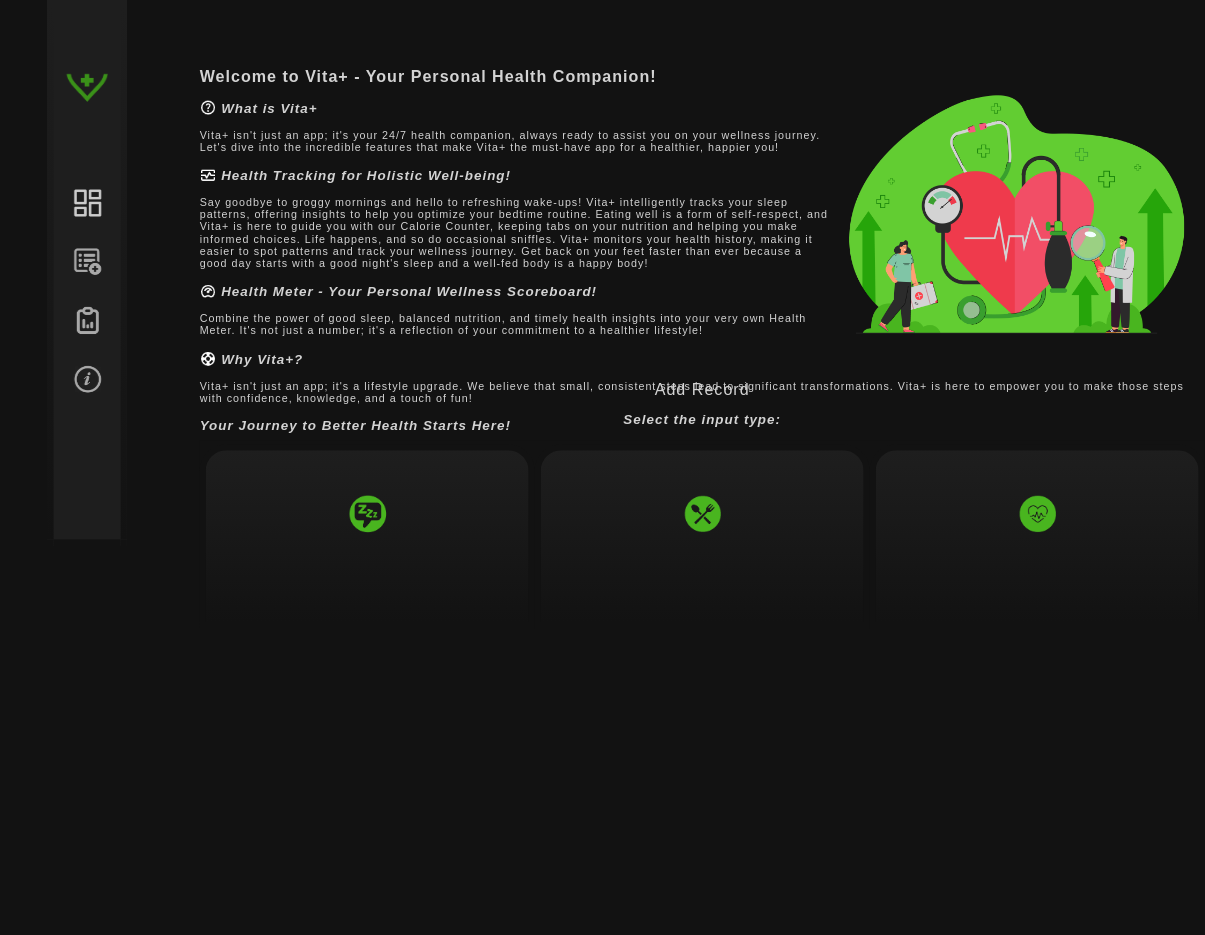
Repository: mhmd-bilal/health-analytics-dashboard
Page: http://localhost/project/info.jsp
The author's editor kept a copy of each file at every save. The page is drawn from the files as they stood at one save, then again after the next save.
The browser window is 1280 px wide. The page is 1798 px wide, so the pictures cover 1798 px, including what lies to the right of the window. The pictures show the whole page, at 67% of full size.
Some web fonts or font styles are not loaded; a fallback is used. Some web libraries are served in a nearby version. The page is served by Tomcat 10. Other server files are loaded and not shown.

Above is the page before, as saved 2023-12-06 15:44:45.

### project/src/main/webapp/info.jsp
<%@ page import="project.SleepCalculator" %>
  <%@ page import="project.CaloriesCalculator" %>
    <%@ page import="project.IllnessCalculator " %>

      <html>

      <head>
        <meta charset="UTF-8">
        <meta name="viewport" content="width=device-width, initial-scale=1.0">
        <title>Your Health Dashboard</title>
        <link rel="stylesheet" href="https://fonts.googleapis.com/css?family=Kanit">
        <link rel="stylesheet" type="text/css" href="styles2.css">
        <meta name="viewport" content="width=device-width, initial-scale=1">
        <script src='https://cdnjs.cloudflare.com/ajax/libs/jquery/3.2.1/jquery.min.js'></script>
<link rel="stylesheet" href="https://fonts.googleapis.com/icon?family=Material+Icons">
        <script>
          // Use fetch to trigger the SleepAnalyticsServlet on page load
          function fetchSleepAnalytics() {
            fetch('SleepAnalyticsServlet')
              .then(response => response.text())
              .then(data => {
                // Optional: You can add logic to update the UI based on the response from the servlet
                console.log(data);
              })
              .catch(error => {
                console.error('Error:', error);
              });
          }
          function submitForm() {
            var inputValue = document.getElementById("inputValue").value;

            fetch('SaveToDatabaseServlet', {
              method: 'POST',
              headers: {
                'Content-Type': 'application/x-www-form-urlencoded',
              },
              body: 'inputValue=' + encodeURIComponent(inputValue),
            })
              .then(response => response.json())
              .then(data => {
                alert(data.message);
                if (data.recordAdded) {
                  alert('Record added successfully!');
                }
              })
              .catch(error => {
                console.error('Error:', error);
              });
          }

          function redirectToAddRecordPage() {
            window.location.href = 'addrecord.jsp';
          }



        </script>

      </head>
      <body style="overflow:hidden">
      <div class="sidenav">
    <a href="#" style="padding-bottom: 100px;padding-left: 10px;"><img style="width: 95%;filter: brightness(1);" src="logo.png"></a>
    <a class="active" href="index2.jsp"><img src="dashboard.png"></a>
    <a href="add.jsp"><img src="add.png"></a>
    <a href="anal.jsp"><img src="anal.png"></a>
    <a href="info.jsp"><img src="info.png"></a>
  </div>
        <div style="font-spacing:1px;margin-top:100px;height: fit-content;" class="main">
              <img src="infograhic.png" class="infograhic" height="400px" ></p>

                  <h2 style="font-weight: bolder;">Welcome to Vita+ - Your Personal Health Companion!</h2>
<p style="font-weight: bold;font-style:italic;font-size: 20px;;"><img src="help.png" style="margin-bottom:-5px;height:25px;filter: invert(100%)"> What is Vita+</p>
Vita+ isn't just an app; it's your 24/7 health companion, always ready to assist you on your wellness journey. Let's dive into the incredible features that make Vita+ the must-have app for a healthier, happier you!

<p style="font-weight: bold;font-style:italic;font-size: 20px;"><img src="health.png" style="margin-bottom:-5px;height:25px;filter: invert(100%)"> Health Tracking for Holistic Well-being!</p>
<p>Say goodbye to groggy mornings and hello to refreshing wake-ups! Vita+ intelligently tracks your sleep patterns, offering insights to help you optimize your bedtime routine. Eating well is a form of self-respect, and Vita+ is here to guide you with our Calorie Counter, keeping tabs on your nutrition and helping you make informed choices. Life happens, and so do occasional sniffles. Vita+ monitors your health history, making it easier to spot patterns and track your wellness journey. Get back on your feet faster than ever because a good day starts with a good night's sleep and a well-fed body is a happy body!</p>

<p style="font-weight: bold;font-style:italic;font-size: 20px;"><img src="hmeter.png" style="margin-bottom:-5px;height:25px;filter: invert(100%)"> Health Meter - Your Personal Wellness Scoreboard!</p>
Combine the power of good sleep, balanced nutrition, and timely health insights into your very own Health Meter. It's not just a number; it's a reflection of your commitment to a healthier lifestyle!

<p style="font-weight: bold;font-style:italic;font-size: 20px;"><img src="us.png" style="margin-bottom:-5px;height:25px;filter: invert(100%)"> Why Vita+?</p>
Vita+ isn't just an app; it's a lifestyle upgrade. We believe that small, consistent steps lead to significant transformations. Vita+ is here to empower you to make those steps with confidence, knowledge, and a touch of fun!

<p style="font-weight: bold;font-style:italic;font-size: 20px;">Your Journey to Better Health Starts Here!

      </div>

  <div class="main" style="text-align: center;margin-top: -100px;">
    <h2 style="font-weight: 400;">Add Record</h2>
    <p style="font-weight: bold;font-style:italic;font-size: 20px;">Select the input type:</p>

    <div class="choose">
        <div class="choose-card">
        <a class="choose-btn" href="#" onclick="showInputFields('sleep')"><img src="sleep-green.png"></a>
    </div>
        <div class="choose-card">
        <a class="choose-btn" href="#" onclick="showInputFields('food')"><img src="food-green.png"></a>
    </div>
        <div class="choose-card">
        <a class="choose-btn" href="#" onclick="showInputFields('illness')"><img src="ill-green.png"></a>
        </div>
    </div>
    <iframe id="formFrame" name="formFrame" width="100%" height="300px" frameborder="0"></iframe>

</div>

      </body>

      </html>

### project/src/main/webapp/styles2.css
body {
  font-family: "Montserrat", sans-serif;
  letter-spacing: 1.5px;
  background-color: #121212;
}

.sidenav {
  align-items: center;
  height: 100%;
  width: 100px;
  position: fixed;
  z-index: 1;
  top: 0;
  left: 0;
  background-color: #1E1E1E;
  overflow-x: hidden;
  padding-top: 75px;
  margin-left: 70px;
  margin-right: 100px;
  margin-top: 0px;
  border: 10px solid;
  border-image: linear-gradient(to bottom, #1E1E1E, #121212) 1;
}

.sidenav img {
  width: 75%;
}

.sidenav a {
  padding: 6px 6px 30px 25px;
  text-decoration: none;
  font-size: 25px;
  color: #d3d3d3;
  display: block;
  filter: brightness(0.8);
  transition: 0.2s;
}

.sidenav a:hover {
  filter: brightness(1.75);
}

.active img {
  filter: brightness(2);
}


.main {
  margin-left: 290px;
  margin-top: 100px;
  color: #d3d3d3;
  width: 1500px;
  height: 820px;
}

.container {
  display: flex;
}

.moodenter {
  border: 0px;
  border-radius: 25px;
  height: 50px;
  line-height: normal;
  color: #282828;
  display: block;
  width: 90%;
  box-sizing: border-box;
  user-select: auto;
  font-size: 16px;
  padding: 0 6px;
  padding-left: 30px;
  outline: none;
  background-color: #d3d3d3;
  margin-right: 10px;

}

.subbtn {
  width: 10%;
  display: inline-block;
  outline: none;
  cursor: pointer;
  font-size: 14px;
  line-height: 1;
  border-radius: 500px;
  transition-property: background-color, border-color, color, box-shadow, filter;
  transition-duration: .3s;
  border: 0px;
  letter-spacing: 2px;
  min-width: 160px;
  text-transform: uppercase;
  white-space: normal;
  font-weight: 700;
  text-align: center;
  padding: 16px 14px 18px;
  color: #fff;
  background-color: #49b51f;
  height: 48px;

  :hover {
    filter: brightness(1.75);
  }

}

.analytics_container {
  width: 100%;
  height: 60%;
  background-color: #121212;
  display: flex;
}

.pie {
  width: 40%;
}

.count {
  background-color: #1E1E1E;
  width: 60%;
  border: solid 8px transparent;
  border-radius: 80px;
  display: grid;
  background-image: linear-gradient(#1E1E1E, #1E1E1E), linear-gradient(to bottom, #1E1E1E, #121212);
  background-origin: border-box;
  background-clip: padding-box, border-box;
}

.counts {
  display: flex;
  margin-bottom: -60px;
}

.health-meter {
  padding: 0px 0px 10px 70px;
  display: flexbox;
  width: 83.5%;
}

.card {
  background-color: none;
  padding: 70px 0px 10px 70px;
  display: flexbox;
  width: 22.5%;
  height: 60%;
  height: 45%;
}

.count-icon {
  width: 60px;
  margin-left: -5px;
}

.count-text {
  font-size: 25px;
  line-height: 0px;
  font-weight: bolder;
  font-style: normal;
  margin-top: 30px;
}

.count-count {
  font-size: 18px;
  line-height: 0px;
  font-weight: lighter;
  margin-top: -12px;

}

.pbbg {
  background-color: #282828;
  width: 100%;
  height: 3%;
  border-radius: 80px;
}

.pb {
  background-color: #49b51f;
  height: 100%;
  border-radius: 80px;
}

.choose {
  width: 100%;
  height: 20%;
  background-color: #121212;
  display: flex;
}

.choose-card {
  height: 120%;
  width: 33%;
  align-items: center;
  text-align: center;
  background-image: linear-gradient(to bottom, #1E1E1E, #121212);
  ;
  border: #121212 solid 9px;
  border-radius: 40px 40px 0px 0px;
  padding: 60px 0px 0px 1px;
  transition: 1s;
  margin-top: 5px;
}

.choose-card a {
  background-color: transparent;
  outline: none;
  border: none;
}

.choose-card:hover {
  translate: 0 -5px;
}

#formFrame {
  margin-top: 200px;
}

.choose-card img {
  height: 70px;
}


.main-entry {
  width: 100%;
  height: 20%;
  text-align: center;
  color: #d3d3d3;
}

.date-pick {
  background-color: #1E1E1E;
  color: white;
  outline: none;
  border: none;
  border-radius: 25px;
  padding: 10px;
}

.subbtnentry {
  width: 40px;
  height: 30px;
  display: inline-block;
  outline: none;
  cursor: pointer;
  font-size: 14px;
  line-height: 1;
  border-radius: 500px;
  transition-property: background-color, border-color, color, box-shadow, filter;
  transition-duration: .3s;
  border: 0px;
  letter-spacing: 2px;
  min-width: 160px;
  text-transform: uppercase;
  white-space: normal;
  font-weight: 600;
  text-align: center;
  padding: 5px;
  color: #fff;
  background-color: #49b51f;
}
.chartFrame{
	outline: none;
	border: none;
	margin-top: 30px;
}

.md{
	text-align: center;
	color: #d3d3d3;
	z-index: 1;
	position: absolute;
	margin-top: -260px;
	margin-left: 245px;
}

.infograhic{
	z-index: 1;
	position: relative;
	padding-top: 20px;
	float: right;
}
@media screen and (max-height: 450px) {
  .sidenav {
    padding-top: 15px;
  }

  .sidenav a {
    font-size: 18px;
  }
}

After the next save:
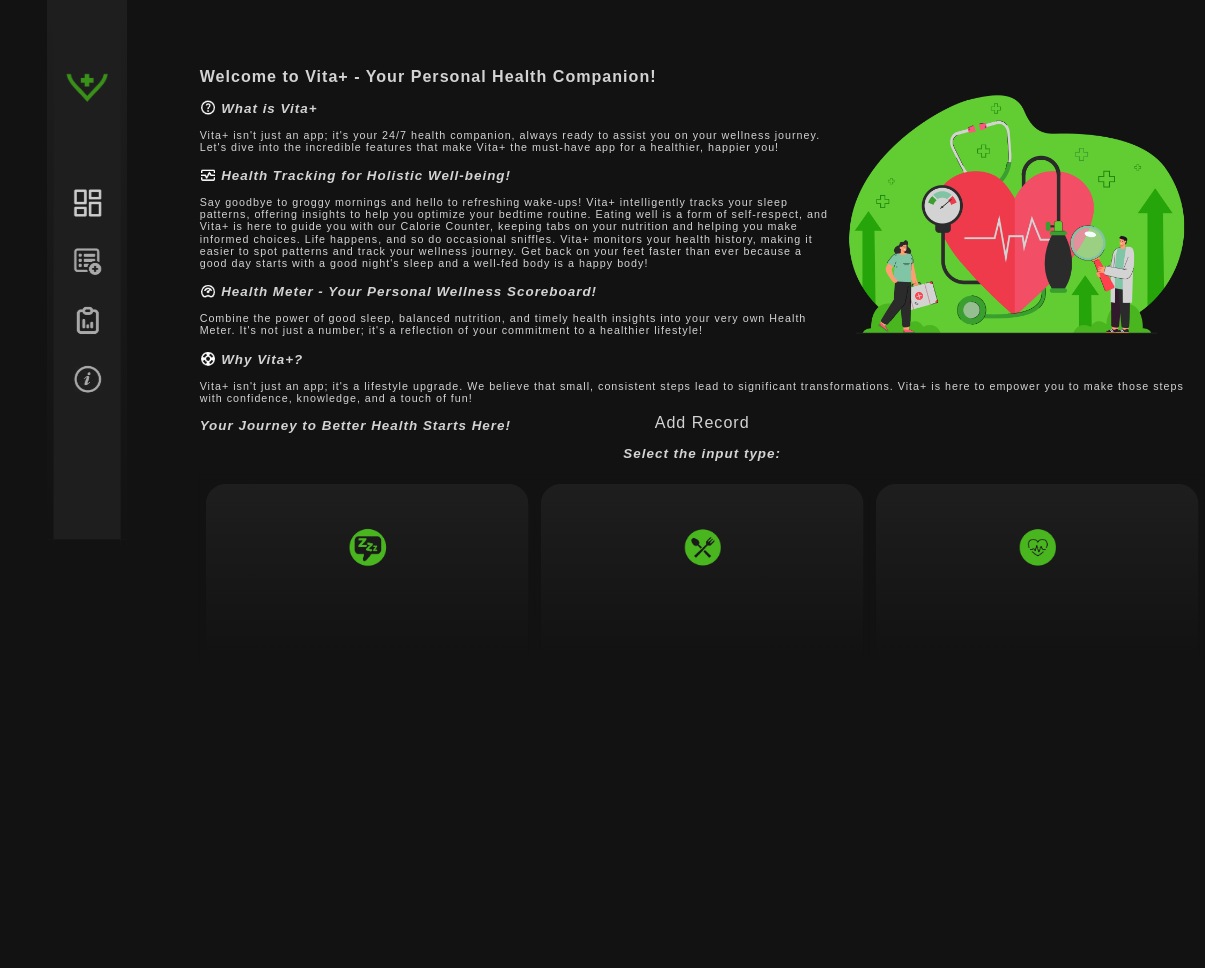
Saved 9 s later.
--- a/project/src/main/webapp/info.jsp
+++ b/project/src/main/webapp/info.jsp
@@ -85,7 +85,7 @@ Vita+ isn't just an app; it's a lifestyle upgrade. We believe that small, consis
 
       </div>
 
-  <div class="main" style="text-align: center;margin-top: -100px;">
+  <div class="main" style="text-align: center;margin-top: -50px;">
     <h2 style="font-weight: 400;">Add Record</h2>
     <p style="font-weight: bold;font-style:italic;font-size: 20px;">Select the input type:</p>
 
